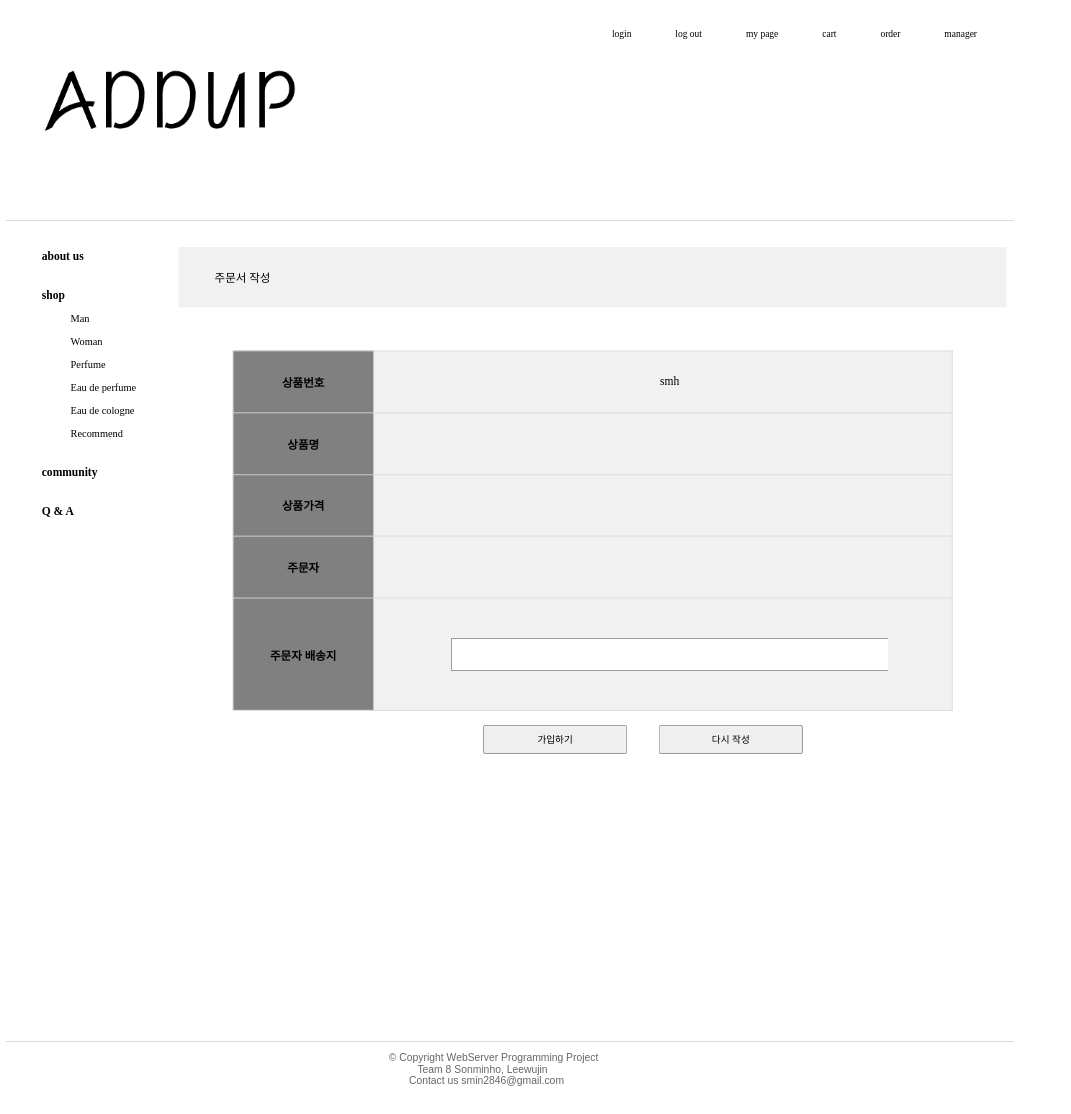
Repository: sonminho/aos
Page: http://localhost/addup_perfume/user_order.jsp
An editor plug-in stored every save of this project. The page is shown before and after the next save, followed by the edit.
The browser window is 1280 px wide. The page is 1488 px wide, so the pictures cover 1488 px, including what lies to the right of the window. The pictures show the whole page, at 72% of full size.
The page is served by Tomcat 9.

Above is the page before, as saved 2017-12-07 19:23:22.

After the next save:
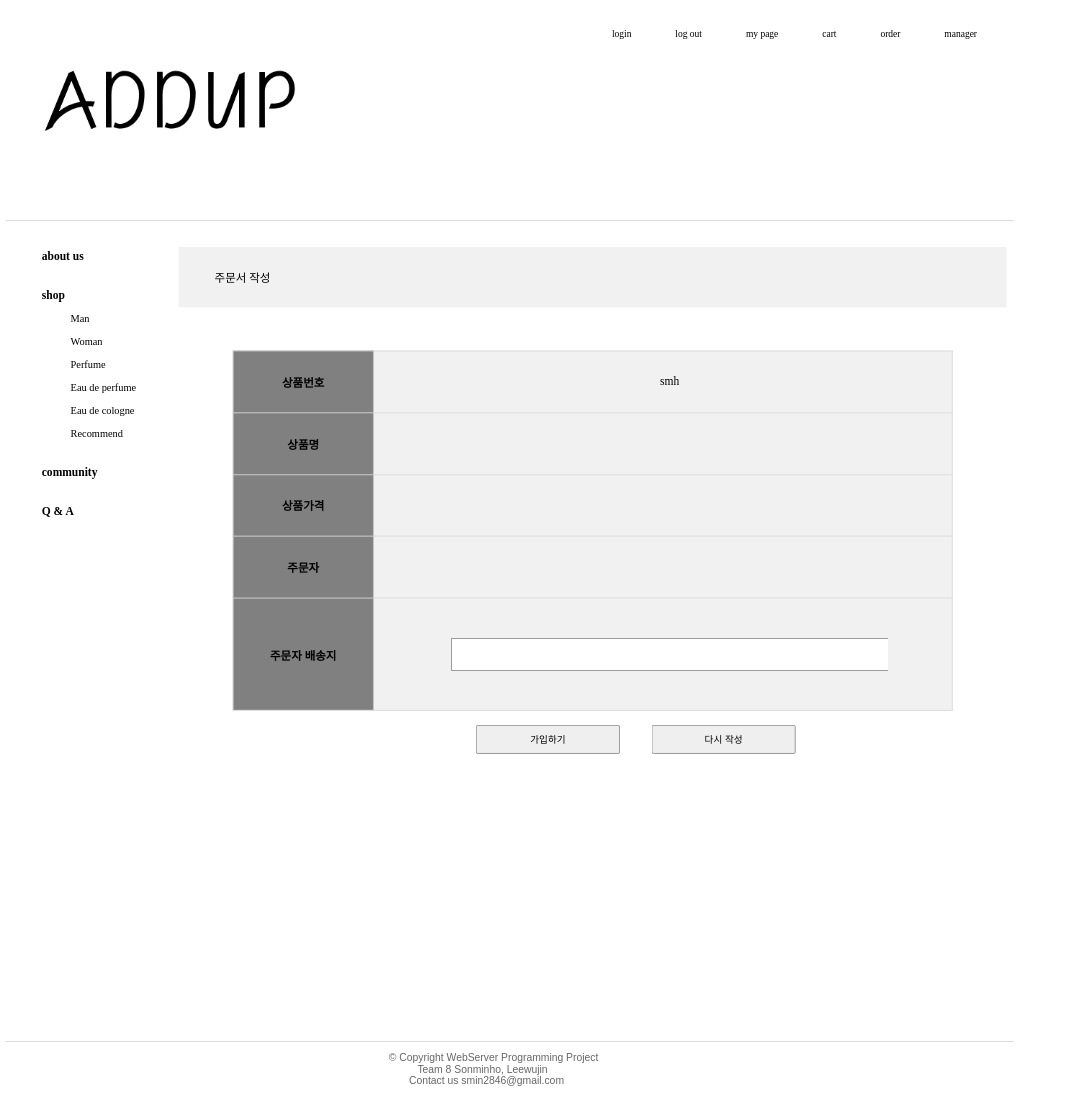
Saved 9 s later.
--- a/Webserver/addup_perfume/WebContent/user_order.jsp
+++ b/Webserver/addup_perfume/WebContent/user_order.jsp
@@ -226,7 +226,7 @@ body > #wrap{
 							<th>주문자 배송지</th><td><input type="text" style="width:600px; height:40px; font-size:20px"></td>
 						</tr>
 					</table>
-					<input type="submit" style="width:200px; height:40px; margin-top:20px; margin-left:140px" value="가입하기" onclick="return joinCheck()">
+					<input type="submit" style="width:200px; height:40px; margin-top:20px; margin-left:120px" value="가입하기" onclick="return joinCheck()">
 					<input type="reset" style="width:200px; height:40px; margin-left:40px" value="다시 작성">
 				</form>
 			</div>
